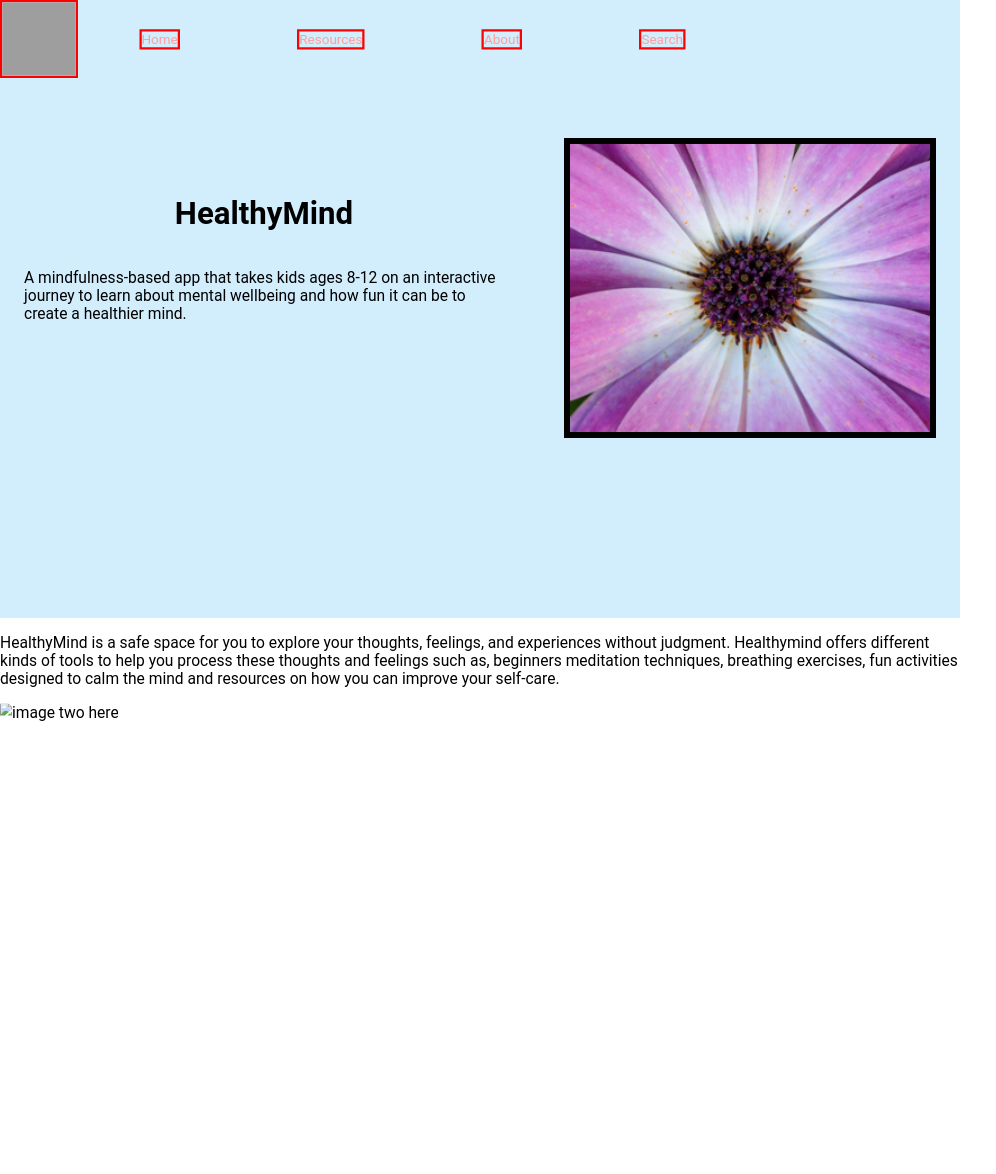
Repository: Nafisa-Huda/HealthierMind
Page: public/index.html
These files come from the project's save history. The page is drawn as it stood at one moment and after the next save; the edit follows.
The browser window is 1280 px wide. The page is 1328 px wide, so the pictures cover 1328 px, including what lies to the right of the window. The pictures show the whole page, at 75% of full size.
Pictures or frames that could not be fetched are drawn as grey boxes.

Above is the page before, as saved 2022-07-11 16:21:01.

### public/index.html
<!DOCTYPE html>
<html lang="en">
<head>
    <meta charset="UTF-8">
    <meta http-equiv="X-UA-Compatible" content="IE=edge">
    <meta name="viewport" content="width=device-width, initial-scale=1.0">
    <title>HealthyMind</title>
    <link rel="stylesheet" href="/public/style.css">
</head>
<body>
    <header>
        <div class="container row">
            <img class="logo" src="https://i.ibb.co/xLGc6jC/Healthy-Mind-logo.png" alt="healthy-mind-logo">
        <nav class="nav">
            <ul class="nav__list">
                <li class="nav__item"><a href="#" class="nav__link">Home</a></li>
                <li class="nav__item"><a href="#" class="nav__link">Resources</a></li>
                <li class="nav__item"><a href="#" class="nav__link">About</a></li>
                <li class="nav__item"><a href="#" class="nav__link">Search</a></li>
            </ul>
        </nav>
        </div>
    </header>

    <!-- <section class="hero main"> -->
        <div class="hero main ">
            <div class="hero__text">
                <h1>HealthyMind</h1>
                <p>A mindfulness-based app that takes kids ages 8-12 on an interactive journey to learn about mental wellbeing and  how fun it can be to create a healthier mind. </p>
            </div>
            <div class="containerImg">
            <img class="hero__img" src="/Images/purpleflowerSmall.png" alt="image one here" srcset="">
            </div>
         </div>
    </section>

    <main class="main container">
        <section class="primary-content">
            <p>HealthyMind is a safe space for you to explore your thoughts, feelings, and experiences without judgment. Healthymind offers different kinds of tools to help you process these thoughts and feelings such as, beginners meditation techniques, breathing exercises, fun activities designed to calm the mind and resources on how you can improve your self-care.</p>
            <img class="main__img" src="" alt="image two here" srcset="">
        </section>
</main>

<script src="/public/main.js"></script>
</body>
</html>

### public/style.css
*, *::before, *::after {
    box-sizing: border-box;
}

body {
    margin: 0;
    max-width: 100%;
    font-family: 'Roboto', sans-serif;
    font-size: 1.3rem;
}
html{
  scroll-behavior: smooth;
  scroll-padding-top: (--scroll-padding,100px);
}
/*scrollbar*/
::-webkit-scrollbar{
  width: 0.7em;
}
::-webkit-scrollbar-track{
  background: antiquewhite;
}
::-webkit-scrollbar-thumb{
  background: #FFE170;
}
header{
  background-color: #d2edfc;
  height: 10%;
}
  .containerImg > img {
      width: 100%;
      margin: 5rem 5rem 5rem 5rem ;
      max-height: 100%;
      border: black solid 0.5rem;
      padding: auto;
  }

/* home page */

.container {
    width: 100vw;
    margin: 0 auto;
}
.main{
  height: 100vh;
}

.hero{
  display: flex;
  background-color: #d2edfc;
}
.hero > h1,
.hero > p {
 text-align: center;
}
  .hero__text{
    width: 50%;
    margin: 8rem 0 4rem 2rem;
    display: flex;
    flex-direction: column;
    align-items: center;
    justify-content: flex-start;
  }

.row {
    display: flex;
    justify-content: space-between;
    align-items: center;
    width: 100%;
}

.logo {
    width: 5em;
    height: 5em;
    margin-right: 2em;
    border: 3px red solid;
}

.nav {
    display: flex;
    justify-content: space-between;
    align-items: center;
    flex-grow: 1;
}

.nav__list {
    margin: 0;
    padding-right: 1em;
    list-style: none;

    display: flex;
    align-items: center;

    font-size: 1rem;
}

.nav__item + .nav__item {
    margin-left: 60%;
}

.nav__link {
    border: 3px red solid;
    text-decoration: none;
    font-size: large;
    color: #FF9F9F;
}

.nav__link--button {
    padding: .25em 1em;
}

.nav__link:hover {
    opacity: .75;
}



/* activities page */

.activities-header{
  background-color: #A8E0FF;
  height: 20rem;
  width: 100%;
  border-bottom: solid #fff 4px;
}

.title{
  display: flex;
  flex-direction: column;
  align-items: center;
  padding-top: 3rem;
  color: #fff;
}


.activities-container{
  display: flex;
  flex-wrap: wrap;
  justify-content: center;
  background-color: #FFF9A6;
}

.scene {
  width: 20rem;
  height: 20rem;
  margin: 3rem;
  perspective: 600px;
}

.card {
  width: 100%;
  height: 100%;
  cursor: pointer;
  transform-style: preserve-3d;
  transform-origin: center right;
  transition: transform 1s;
}

.card.is-flipped {
  transform: translateX(-100%) rotateY(-180deg);
}

.face {
  position: absolute;
  width: 100%;
  height: 100%;
  line-height: 260px;
  color: #fff;
  text-align: center;
  font-weight: bold;
  font-size: larger;
  backface-visibility: hidden;
}

.front {
  background-color: #FF9F9F;
}

.back {
  background-color: #FF9F9F;
  transform: rotateY(180deg);
}

### public/main.js
const cards = document.querySelectorAll('.card');
[...cards].forEach((card)=>{
    card.addEventListener('click', () =>{
        card.classList.toggle('is-flipped')
    })
});

After the next save:
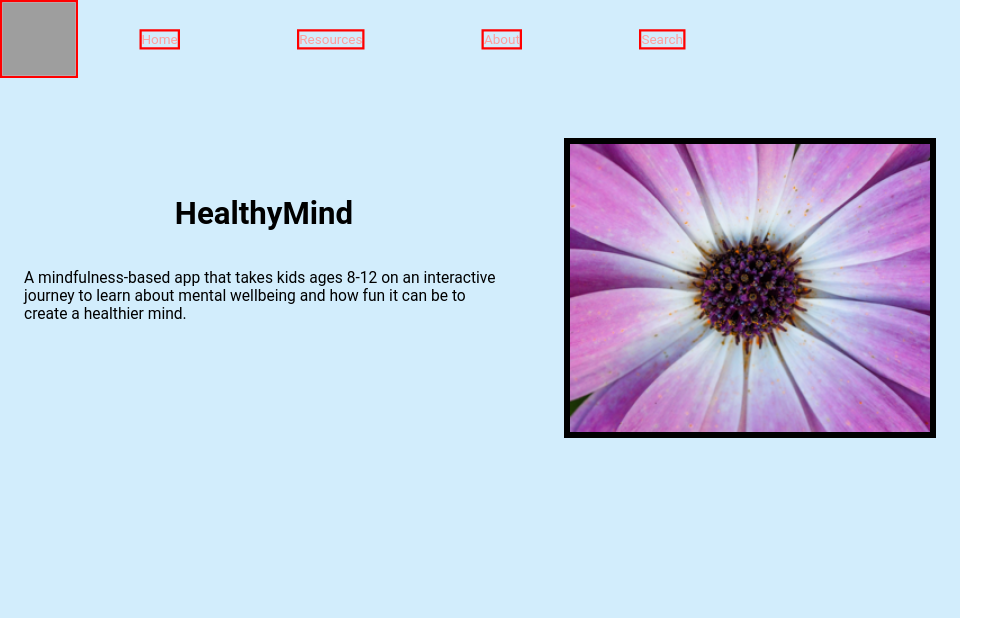
Saved 54 s later.
--- a/public/index.html
+++ b/public/index.html
@@ -34,12 +34,6 @@
          </div>
     </section>
 
-    <main class="main container">
-        <section class="primary-content">
-            <p>HealthyMind is a safe space for you to explore your thoughts, feelings, and experiences without judgment. Healthymind offers different kinds of tools to help you process these thoughts and feelings such as, beginners meditation techniques, breathing exercises, fun activities designed to calm the mind and resources on how you can improve your self-care.</p>
-            <img class="main__img" src="" alt="image two here" srcset="">
-        </section>
-</main>
 
 <script src="/public/main.js"></script>
 </body>
